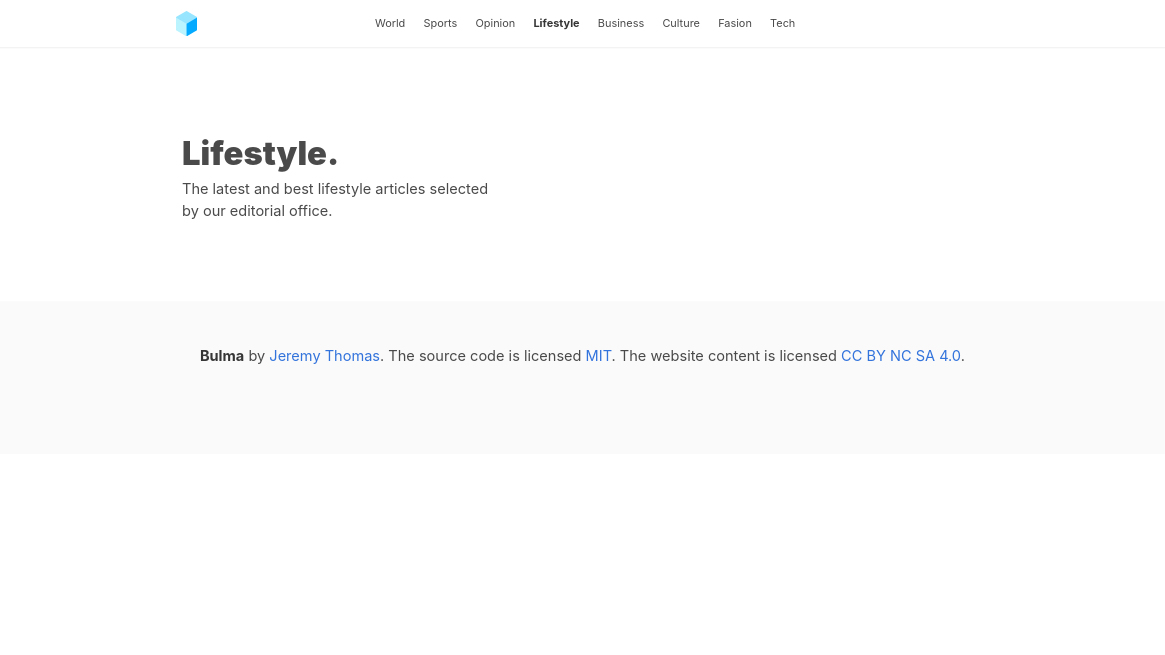
Repository: DOODpls/js_ass1
Page: index.html
These files come from the project's save history. The page is drawn as it stood at one moment and after the next save; the edit follows.
The browser window is 1280 px wide. The pictures show the whole page, at 91% of full size.

Above is the page before, as saved 2019-11-22 18:46:52.
Console error: ReferenceError: heig is not defined

After the next save:
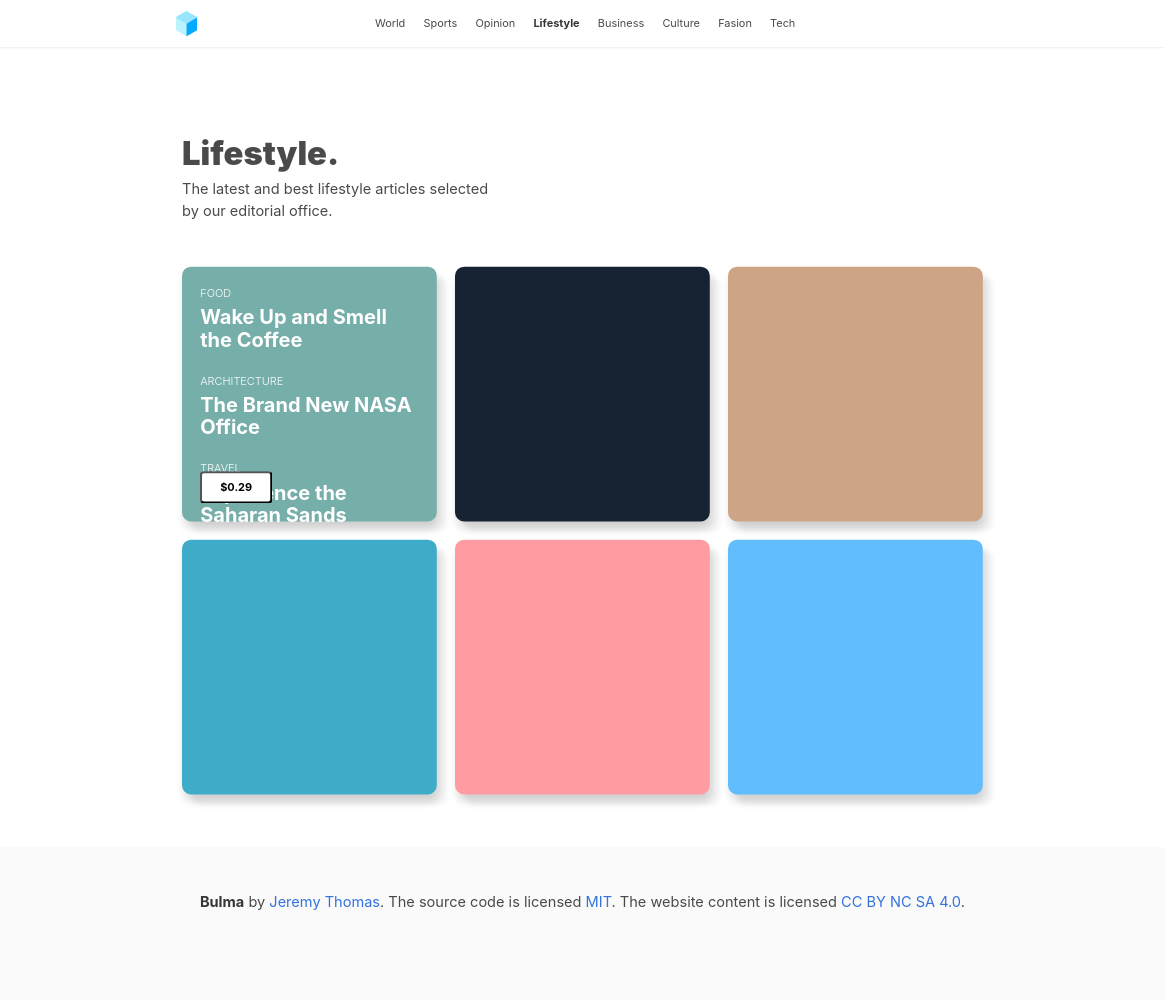
The error is gone.
Saved 10 s later.
--- a/app.js
+++ b/app.js
@@ -103,7 +103,6 @@ const data = [
         const divr = document.createElement('div')
         divr.className= 'card'
         divr.style.backgroundColor = item.color
-        divr.style.flex = heig
         divr.id = 'divtile'
         tilers.appendChild(divr)
 
